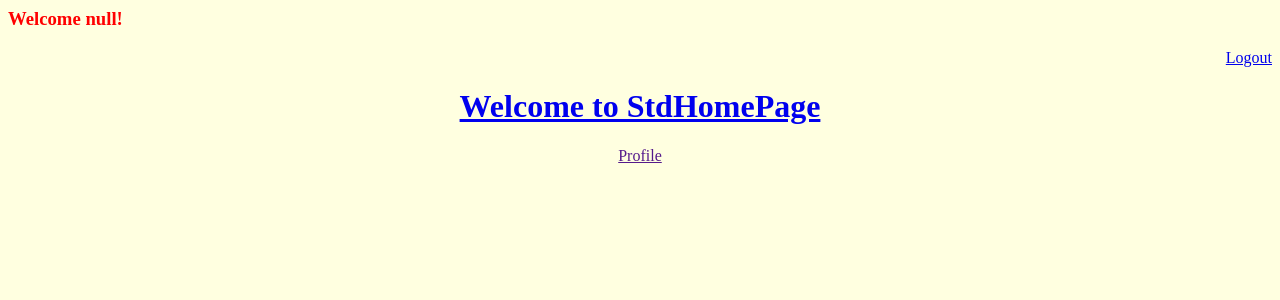
Repository: Konyala-Karthikeya/student_Details
Page: http://localhost/StudentWebApp/StdHomePage
An editor plug-in stored every save of this project. The page is shown before and after the next save, followed by the edit.
The browser window is 1280 px wide. The pictures show the whole page.
The page is served by Tomcat 9. Other server files are loaded and not shown.

Above is the page before, as saved 2024-01-10 09:05:36.

### Sudent_Project/Workspace/StudentWebApp/src/com/web/StdHomePage.java
package com.web;

import java.io.IOException;
import java.io.PrintWriter;

import javax.servlet.ServletException;
import javax.servlet.annotation.WebServlet;
import javax.servlet.http.HttpServlet;
import javax.servlet.http.HttpServletRequest;
import javax.servlet.http.HttpServletResponse;

@WebServlet("/StdHomePage")
public class StdHomePage extends HttpServlet {

	protected void doGet(HttpServletRequest request, HttpServletResponse response) throws ServletException, IOException {
		response.setContentType("text/html");
		PrintWriter out = response.getWriter();

		String emailId = request.getParameter("emailId");

		out.println("<body bgcolor='lightyellow' text='green'>");

		//For UserName
		out.print("<h3 style='color:red;'>Welcome " + emailId + "!</h3>");

		//For Logout
		out.print("<form align='right'>");
		out.print("<a href='Logout'>Logout</>");
		out.print("<form>");

		out.println("<center>");
		out.println("<h1>Welcome to StdHomePage</h1>");
		out.println("<a href=''>Profile</a>");
		out.println("</center>");
		out.println("</body>");
	}

	protected void doPost(HttpServletRequest request, HttpServletResponse response) throws ServletException, IOException {

		doGet(request, response);
	}

}

After the next save:
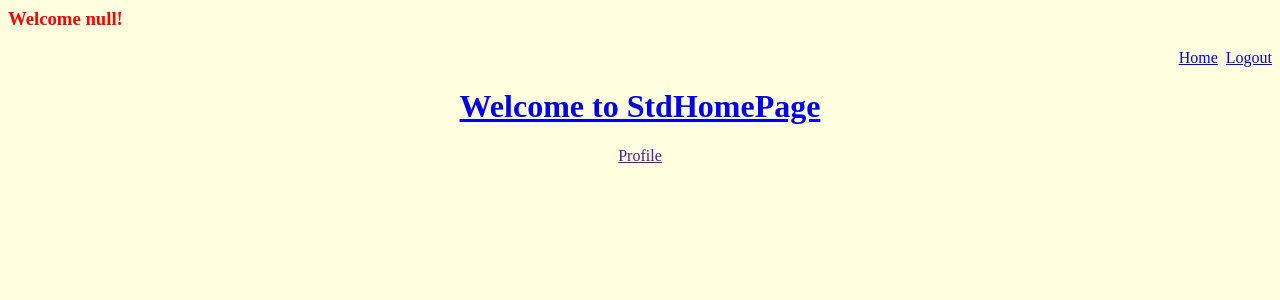
Saved 26 s later.
--- a/Sudent_Project/Workspace/StudentWebApp/src/com/web/StdHomePage.java
+++ b/Sudent_Project/Workspace/StudentWebApp/src/com/web/StdHomePage.java
@@ -25,6 +25,7 @@ public class StdHomePage extends HttpServlet {
 
 		//For Logout
 		out.print("<form align='right'>");
+		out.print("<a href='StdHomePage'>Home</a> &nbsp;");
 		out.print("<a href='Logout'>Logout</>");
 		out.print("<form>");
 
